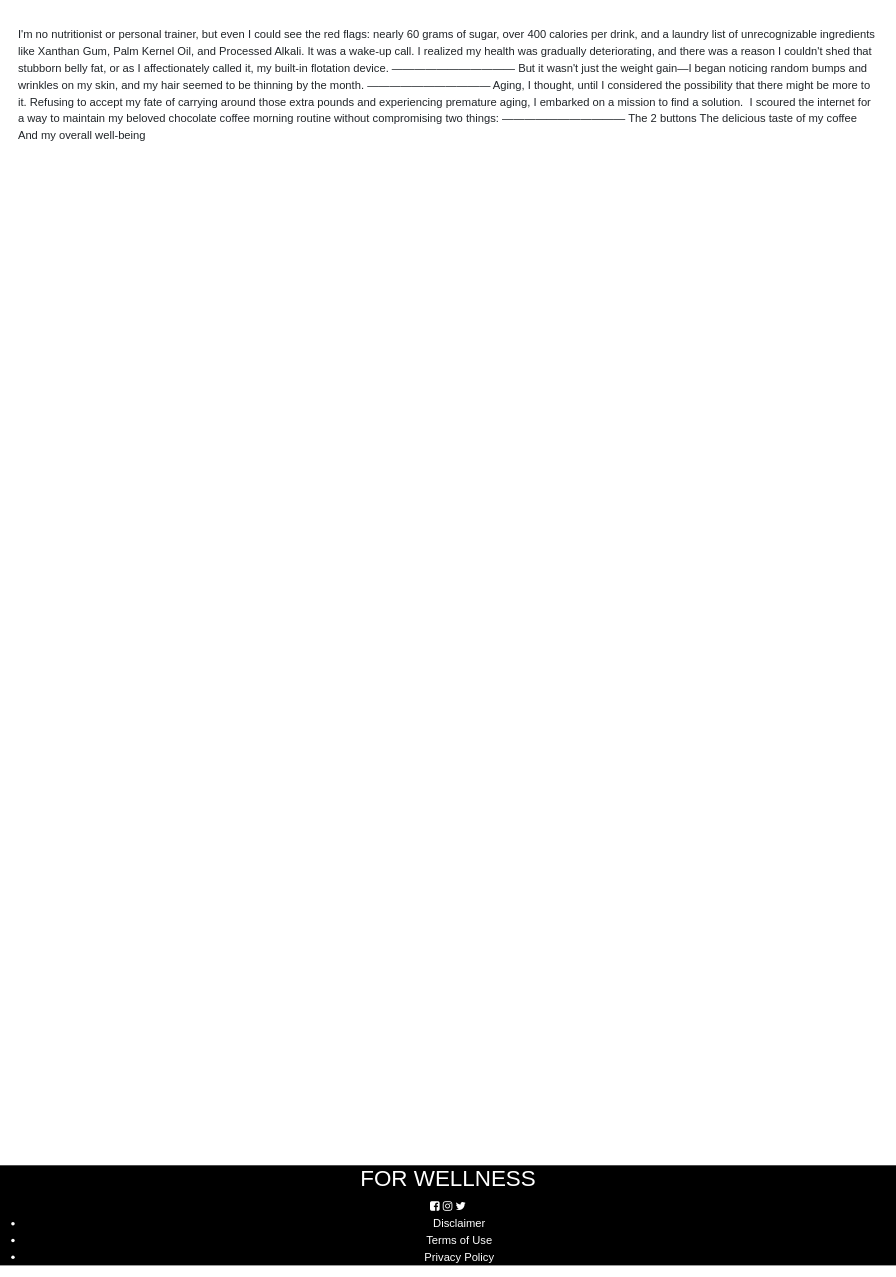
Repository: dariusprince90/wellness-landing
Page: index.html
The author's editor kept a copy of each file at every save. The page is drawn from the files as they stood at one save, then again after a run of saves.
The browser window is 1280 px wide. The pictures show the part of the page from y = 724 to 2644 px (the page is 2548 px tall before and 2644 px after), at 70% of full size.

Above is the page before, as saved 2023-07-25 15:47:34.

After the next 2 saves:
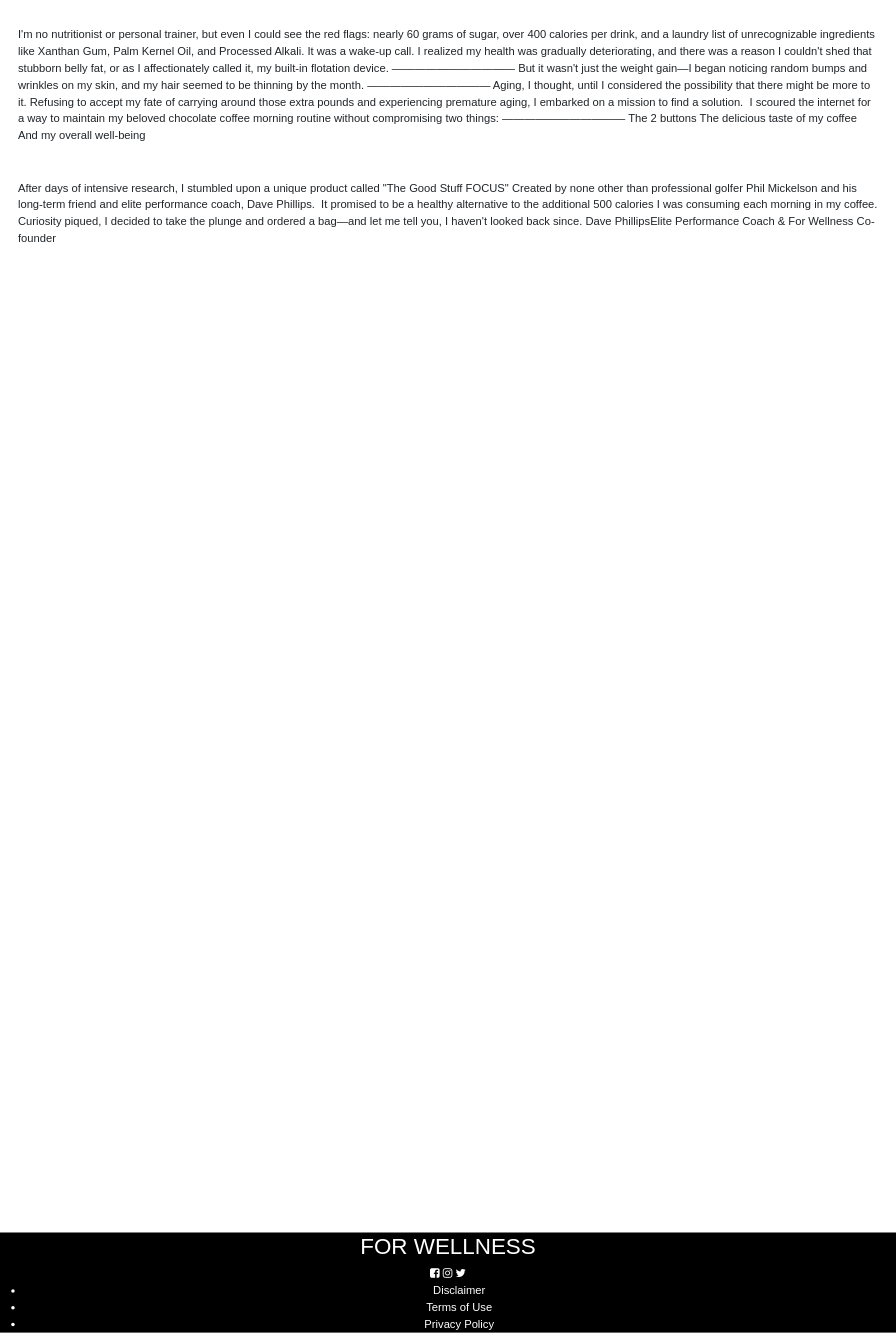
The 2 saves are shown as one change because they came seconds apart.
The last was saved 72 s later.
--- a/index.html
+++ b/index.html
@@ -140,6 +140,26 @@
     </section>
 
     <section class="s-007-text">
+
+After days of intensive research,
+I stumbled upon a unique product
+called "The Good Stuff FOCUS"
+
+
+Created by none other than professional golfer Phil Mickelson and his long-term friend and elite performance coach, Dave Phillips.
+
+It promised to be a healthy alternative to the additional 500 calories
+I was consuming each morning in my coffee.
+
+Curiosity piqued, I decided to take the plunge and ordered a
+bag—and let me tell you,
+
+I haven't looked back since.
+
+
+
+Dave PhillipsElite Performance Coach
+& For Wellness Co-founder
     </section>
 
     <section class="s-008-text">
